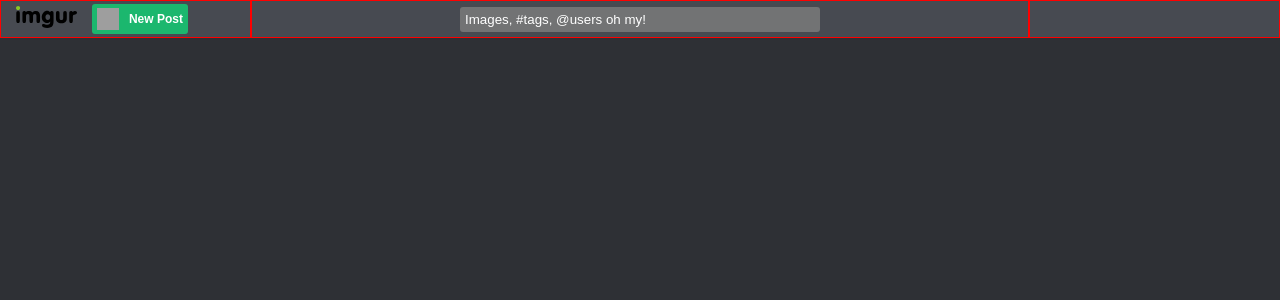
Repository: abhishek-hero/Revision
Page: Day1/Imgur_clone/Html/index.html
These files come from the project's save history. The page is drawn as it stood at one moment and after the next save; the edit follows.
The browser window is 1280 px wide. The pictures show the whole page.
Pictures or frames that could not be fetched are drawn as grey boxes.

Above is the page before, as saved 2021-12-22 19:22:40.

After the next save:
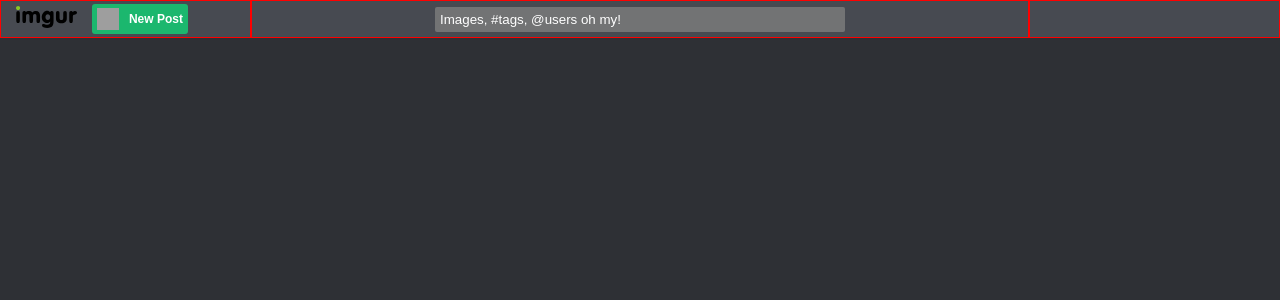
Saved 17 s later.
--- a/Day1/Imgur_clone/Css/style.css
+++ b/Day1/Imgur_clone/Css/style.css
@@ -60,10 +60,10 @@
 }
 
 .search_div input {
-    width: 350px;
+    width: 400px;
     /* height: 22px; */
     padding: 5px;
-    border-radius: 3px;
+    border-radius: 2px;
     border: none;
     outline: none;
     background-color: #727374;
